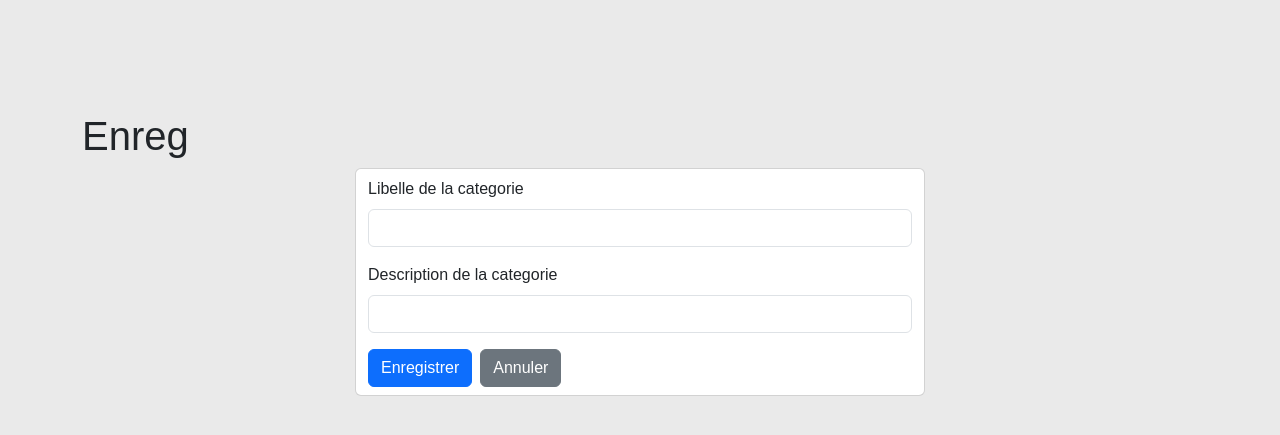
Repository: abdoulkarim20/model-gestion-produit-java-react
Page: /create-categorie
These files come from the project's save history. The page is drawn as it stood at one moment and after the next save; the edit follows.
The browser window is 1280 px wide. The pictures show the whole page.
The project was rebuilt for these pictures with package versions that can differ from the ones it lists, and the page was loaded fresh each time. Also part of the build but not shown: vite.config.ts, src/components/categories/CategorieTable.tsx.

Above is the page before, as saved 2024-07-20 03:08:54.

### index.html
<!doctype html>
<html lang="en">

<head>
  <meta charset="UTF-8" />
  <link rel="icon" type="image/svg+xml" href="/vite.svg" />
  <meta name="viewport" content="width=device-width, initial-scale=1.0" />
  <title>Gestion des produits</title>
</head>

<body>
  <div id="root"></div>
  <script type="module" src="/src/main.tsx"></script>
</body>

</html>

### src/main.tsx
import React from 'react'
import ReactDOM from 'react-dom/client'
import './App.css'
import { RouterProvider } from 'react-router-dom'
import { router } from './router/Routes'

ReactDOM.createRoot(document.getElementById('root')!).render(
  <React.StrictMode>
    <RouterProvider router={router} />
  </React.StrictMode>,
)

### src/App.css
* {
    margin: 0;
    padding: 0;
    box-sizing: border-box;
    font-family: 'Nunito Sans', sans-serif;
}

body {
    background-color: #EAEAEA !important;
}

.container-style {
    margin-top: 7em;
}

.button-ajouter-style {
    margin-top: 2rem;
    margin-bottom: 1rem;
    display: flex;
    justify-content: center;
    align-items: center;
    height: 40px;
    width: auto;
    padding: 1rem;
    border-radius: 8px;
    border: none;
    background: #0B5ED7;
    color: white;
}

.form-class-div {
    width: 80%;
}

### src/router/Routes.tsx
import { createBrowserRouter, RouteObject } from "react-router-dom";
import App from "../App";
import CategorieForm from "../components/categories/CategorieForm";
import CategorieTable from "../components/categories/CategorieTable";

export const routes: RouteObject[] = [
    {
        path: '/',
        element: <App />,
        children: [
            {
                path: 'create-categorie', element: <CategorieForm key='create' />
            },
            {
                path: 'update-categorie/:id', element: <CategorieForm key='update' />
            },
            {
                path: '*', element: <CategorieTable />
            }
        ]
    }
]
export const router = createBrowserRouter(routes)

### src/App.tsx
import './App.css'
import './../node_modules/bootstrap/dist/css/bootstrap.min.css'
import { Outlet, useLocation } from 'react-router-dom'
import CategorieTable from './components/categories/CategorieTable';

function App() {
  const location = useLocation();
  return (
    <>
      {
        location.pathname === '/' ? <CategorieTable /> : (
          <div className='container-style'>
            <Outlet />
          </div>
        )
      }
    </>
  )
}

export default App

### src/components/categories/CategorieForm.tsx
import { useEffect, useState } from "react";
import { useNavigate, useParams } from "react-router-dom"
import { CategorieDTO } from "../../models/categorie/categorieDTO";
import apiConnexion from "../../api/apiConnexion";

export default function CategorieForm() {
    const { id } = useParams();
    const navigate = useNavigate();

    const [categorie, setCategorie] = useState<CategorieDTO>({
        id: undefined,
        libelle: '',
        descrition: ''
    })

    useEffect(() => {
        if (id) {
            apiConnexion.getCategorieDetail(id).then(categorie => setCategorie(categorie!));
        }
    }, [id]);

    function handleSubmit() {
        if (!categorie.id) {
            apiConnexion.createCategorie(categorie).then(() => navigate('/'));
        } else {
            apiConnexion.updateCategorie(categorie).then(() => navigate('/'));
        }
    }

    return (
        <>
            <div className="container">
                <div className="row">
                    <h1>Enreg</h1>
                    <div className="col-md-6 offset-md-3 card py-2">
                        <form className="form-style">
                            <div className="mb-3">
                                <label htmlFor="exampleInputEmail1" className="form-label">Libelle de la categorie</label>
                                <input type="email" className="form-control" id="exampleInputEmail1" aria-describedby="emailHelp" />
                            </div>
                            <div className="mb-3">
                                <label htmlFor="exampleInputPassword1" className="form-label">Description de la categorie</label>
                                <input type="password" className="form-control" id="exampleInputPassword1" />
                            </div>
                            <button type="submit" className="btn btn-primary">Enregistrer</button>
                            <button type="reset" className="btn btn-secondary mx-2">Annuler</button>
                        </form>
                    </div>
                </div>
            </div>
        </>
    )
}

### src/api/apiConnexion.ts
import axios, { AxiosResponse } from "axios";
import { CategorieDTO } from "../models/categorie/categorieDTO";
import { API_BASE_URL } from "../../config.ts";

const apiConnexion = {

    getAllCategories: async (): Promise<CategorieDTO[]> => {
        try {
            const response: AxiosResponse<CategorieDTO[]> = await axios.get(`${API_BASE_URL}/categories/liste`);
            const categories = response.data.map((categorie: CategorieDTO) => ({
                ...categorie
            }));
            return categories;

        } catch (error) {
            console.log("Error lors de la recuperation de la liste des categories d'un produit", error);
            throw error;
        }
    },
    createCategorie: async (categorie: CategorieDTO): Promise<CategorieDTO> => {
        try {
            const response = await axios.post<CategorieDTO>(`${API_BASE_URL}/save-categorie`, categorie);
            return response.data;
        } catch (error) {
            console.log("Erreur lors de la creation d'une categorie", error);
            throw error;
        }
    },
    updateCategorie: async (categorie: CategorieDTO): Promise<CategorieDTO> => {
        try {
            const response = await axios.put<CategorieDTO>(`${API_BASE_URL}/update-categorie/${categorie.id}`, categorie);
            return response.data;
        } catch (error) {
            console.log("Erreur lors de la mise a jour d'une categorie", error);
            throw error;
        }
    },
    deleteCategorie: async (id: number): Promise<void> => {
        try {
            await axios.delete<number>(`${API_BASE_URL}/categories/delete-categorie/${id}`)
        } catch (error) {
            console.log("Erreur lors de la suppression d'une categorie", error);
            throw error;
        }
    },
    getCategorieDetail: async (id: string): Promise<CategorieDTO | undefined> => {
        try {
            const response = await axios.get<CategorieDTO>(`${API_BASE_URL}/detail-categorie/${id}`)
            return response.data;
        } catch (error) {
            console.log("Erreur lors de la recuperation du detail d'une categorie", error);
            throw error;
        }
    }
}

export default apiConnexion;

### config.ts
export const API_BASE_URL = 'http://localhost:8086';

After the next save:
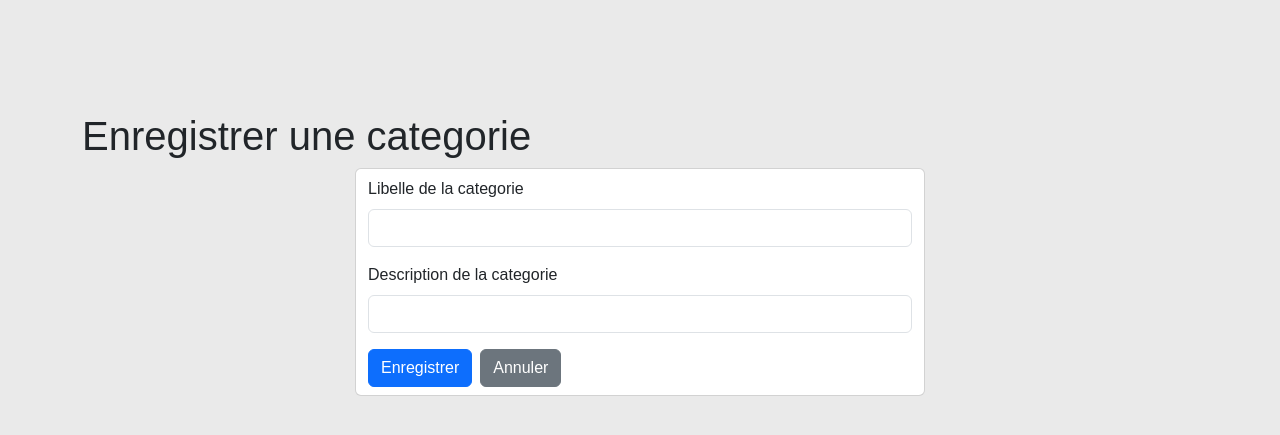
Saved 10 s later.
--- a/src/components/categories/CategorieForm.tsx
+++ b/src/components/categories/CategorieForm.tsx
@@ -31,7 +31,7 @@ export default function CategorieForm() {
         <>
             <div className="container">
                 <div className="row">
-                    <h1>Enreg</h1>
+                    <h1>Enregistrer une categorie</h1>
                     <div className="col-md-6 offset-md-3 card py-2">
                         <form className="form-style">
                             <div className="mb-3">
